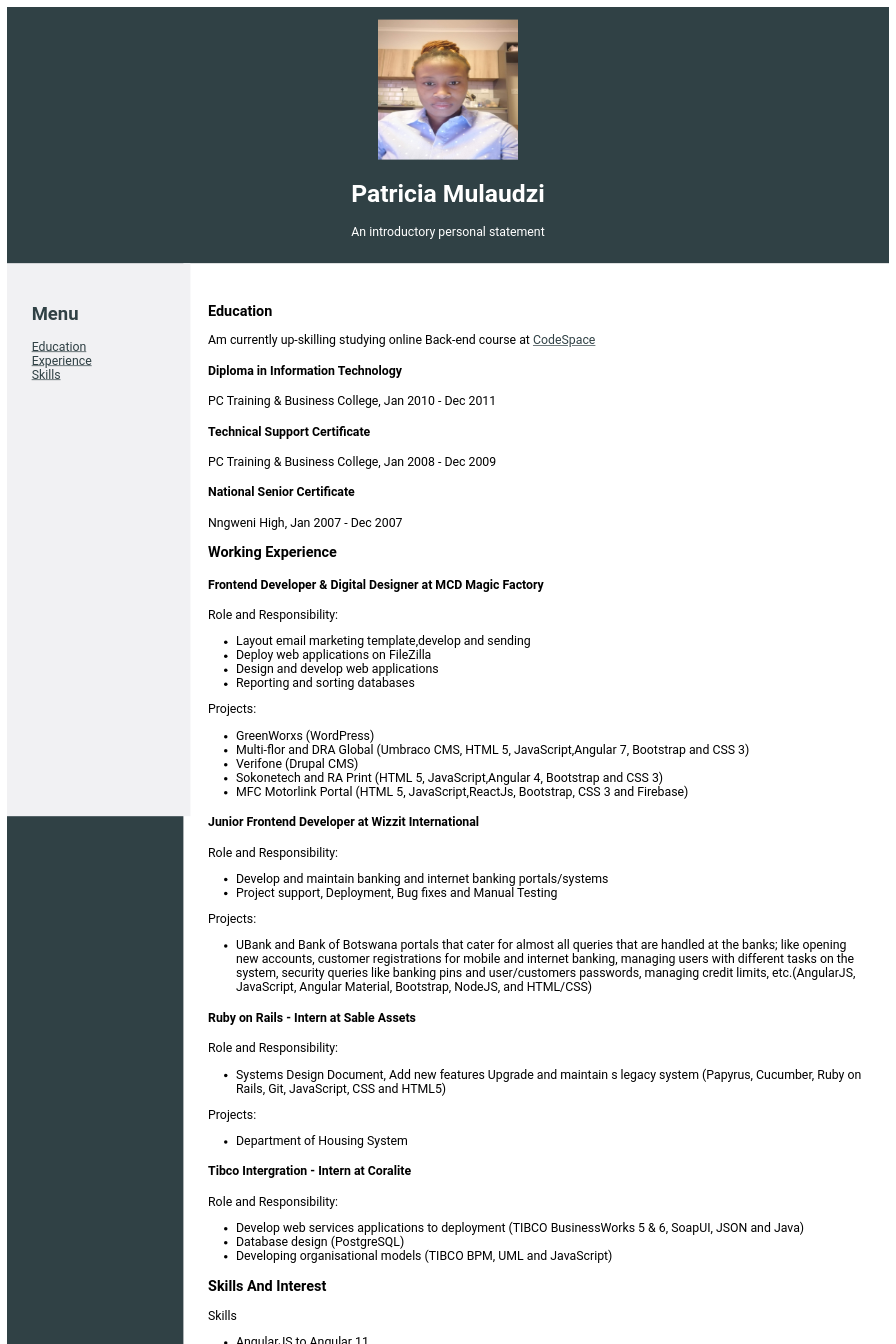
Repository: Patricious/Digital-Resume-01
Page: index.html
These files come from the project's save history. The page is drawn as it stood at one moment and after the next save; the edit follows.
The browser window is 1280 px wide. The pictures show the part of the page from y = 0 to 1920 px (the page is 2499 px tall before and 2579 px after), at 70% of full size.
A picture or video elsewhere on the page could not be fetched, so the positions and the page height are approximate.

Above is the page before, as saved 2021-08-23 10:48:36.

### index.html
<!DOCTYPE html>
<html>

<head>
    <title>Patricia Digital Resume</title>
    <link rel="stylesheet" type="text/css" href="css/stylesheet.css">
</head>

<body>

    <header>
        <img src="img/IMG_20200502_085519.jpg" alt="profile" width="200" height="200" />
        <h1>Patricia Mulaudzi</h1>
        <p>An introductory personal statement</p>
    </header>
    <aside>
        <h2>Menu</h2>
        <ul class="nav">
            <li>
                <a href="#education">Education</a>
            </li>
            <li>
                <a href="#experience">Experience</a>
            </li>
            <li>
                <a href="#skills">Skills</a>
            </li>

        </ul>
    </aside>
    <section>
        <article>
            <h3 id="#education"> <span>Education</span>
            </h3>
            <p> Am currently up-skilling studying online Back-end course at
                <a href="https://www.codespace.co.za/courses/?matchtype=b&device=c&keyword=codespace&adgroupid=81088003381&utm_campaign=8148639553&utm_source=google&utm_medium=cpc&gclid=EAIaIQobChMIkP_7q8bG8gIV1uvtCh0w7A1-EAAYASAAEgL34vD_BwE"> CodeSpace</a>
            </p>

            <h4>Diploma in Information Technology </h4>

            <p>PC Training & Business College, Jan 2010 - Dec 2011</p>
            <h4>Technical Support Certificate </h4>


            <p>PC Training & Business College, Jan 2008 - Dec 2009</p>

            <h4>National Senior Certificate</h4>


            <p>Nngweni High, Jan 2007 - Dec 2007</p>


            <h3 id="#experience"> Working Experience</h3>
            <h4>Frontend Developer & Digital Designer at MCD Magic Factory
            </h4>
            <p>Role and Responsibility:</p>
            <ul>
                <li>Layout email marketing template,develop and sending</li>
                <li> Deploy web applications on FileZilla</li>
                <li>Design and develop web applications</li>
                <li>Reporting and sorting databases</li>
            </ul>
            <p>Projects:</p>
            <ul>
                <li>GreenWorxs (WordPress)</li>
                <li>Multi-flor and DRA Global (Umbraco CMS, HTML 5, JavaScript,Angular 7, Bootstrap and CSS 3)</li>
                <li>Verifone (Drupal CMS)</li>
                <li>Sokonetech and RA Print (HTML 5, JavaScript,Angular 4, Bootstrap and CSS 3)</li>
                <li>MFC Motorlink Portal (HTML 5, JavaScript,ReactJs, Bootstrap, CSS 3 and Firebase)</li>
            </ul>

            <h4>Junior Frontend Developer at Wizzit International
            </h4>
            <p>Role and Responsibility:</p>
            <ul>
                <li>Develop and maintain banking and internet banking portals/systems</li>
                <li>Project support, Deployment, Bug fixes and Manual Testing</li>

            </ul>
            <p>Projects:</p>
            <ul>
                <li>UBank and Bank of Botswana portals that cater for almost all queries that are handled at the banks; like opening new accounts, customer registrations for mobile and internet banking, managing users with different tasks on the system, security
                    queries like banking pins and user/customers passwords, managing credit limits, etc.(AngularJS, JavaScript, Angular Material, Bootstrap, NodeJS, and HTML/CSS)</li>
            </ul>

            <h4>Ruby on Rails - Intern at Sable Assets
            </h4>
            <p>Role and Responsibility:</p>
            <ul>
                <li>Systems Design Document, Add new features Upgrade and maintain s legacy system (Papyrus, Cucumber, Ruby on Rails, Git, JavaScript, CSS and HTML5)</li>

            </ul>
            <p>Projects:</p>
            <ul>
                <li>Department of Housing System</li>
            </ul>

            <h4>Tibco Intergration - Intern at Coralite
            </h4>
            <p>Role and Responsibility:</p>
            <ul>
                <li>Develop web services applications to deployment (TIBCO BusinessWorks 5 & 6, SoapUI, JSON and Java)
                </li>
                <li>Database design (PostgreSQL)</li>
                <li>Developing organisational models (TIBCO BPM, UML and JavaScript)</li>
            </ul>


            <h3 id="#skills">Skills And Interest</h3>
            <p>Skills</p>
            <ul>
                <li>AngularJS to Angular 11</li>
                <li>Html5, Css3 and Bootstrap</li>
                <li>ReactJs, JavaScript, TypeScript, NodeJS and Firebase</li>
                <li>Adobe Photoshop, Dreamweaver, XD and InDesign</li>
            </ul>
            <p>Interest </p>
            <ul>
                <li>Travelling and outdoor activities</li>
            </ul>
        </article>
    </section>
    <footer>
        <h2>Contact Details</h2>
        <a href="https://www.linkedin.com/in/patricia-mulaudzi-93b526101/"><img src="In.jpeg" alt="LinkedIN"></a>
        <a href=""><img src="fb.png" alt="Facebook"></a>
        <a href="mailto:mulaudzi689@gmail.com"><img src="Gm.png" alt="Gmail"></a>
    </footer>
</body>

</html>

### css/stylesheet.css
body {
    font-family: 'Roboto', sans-serif;
    font-size: 110%;
    background-color: #ffffff;
    margin: 10px;
}

header {
    text-align: center;
    background-color: #304145;
    color: #ffffff;
    padding: 1em;
}

aside {
    background-color: #F1F1F3;
    color: #304145;
    width: 15%;
    padding: 2em;
    height: 100%;
    float: left;
    position: absolute;
    flex: 0 0 auto;
}

.nav {
    list-style-type: none;
    margin: 0;
    padding: 0;
}

a {
    color: #304145;
}

section {
    float: right;
    margin-left: 20%;
    background-color: #ffffff;
    flex: 1 1 auto;
    padding: 2em;
}

footer {
    background-color: #304145;
    text-align: center;
    color: #ffffff;
    padding: 1em;
}

After the next save:
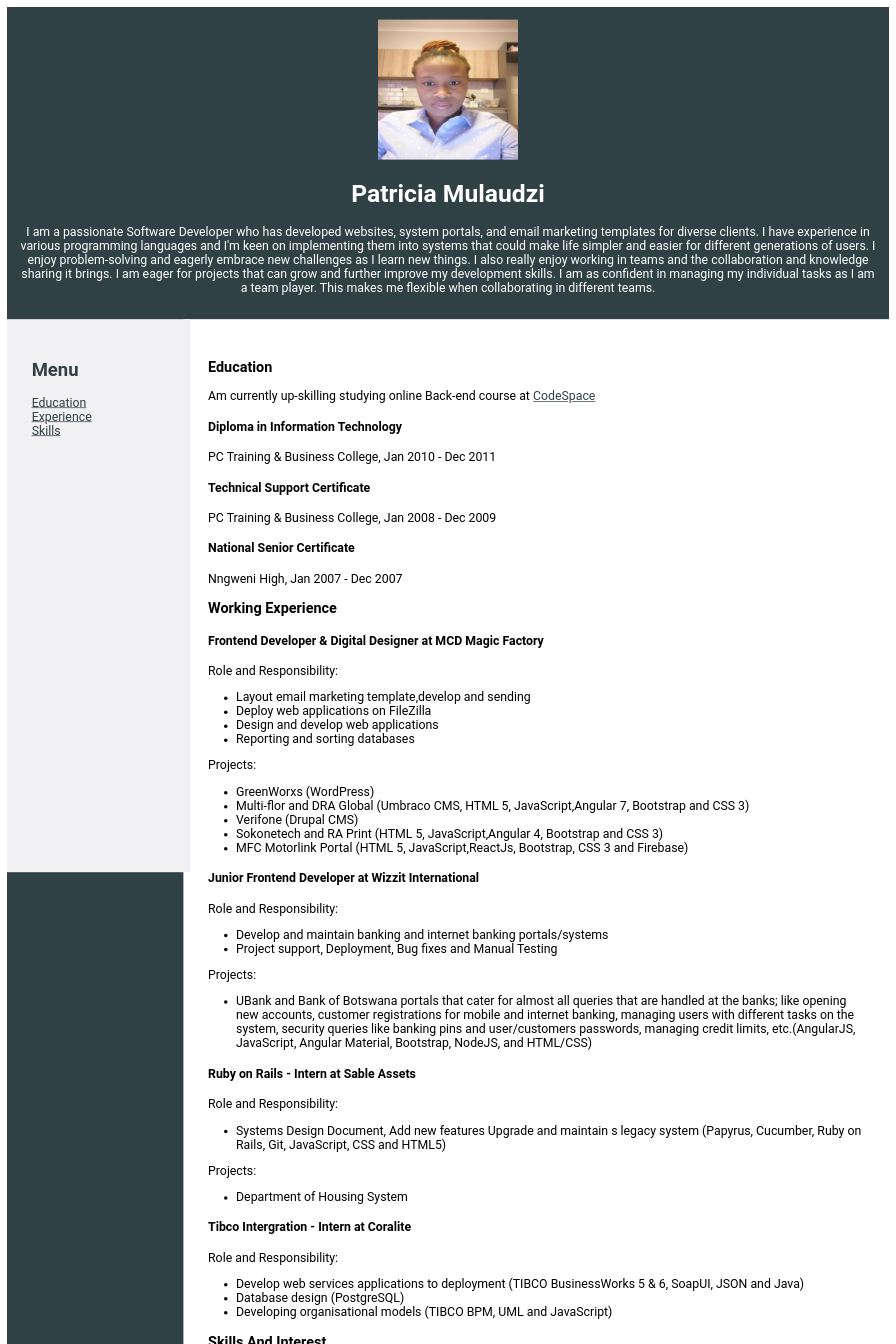
Saved 32 s later.
--- a/index.html
+++ b/index.html
@@ -11,7 +11,9 @@
     <header>
         <img src="img/IMG_20200502_085519.jpg" alt="profile" width="200" height="200" />
         <h1>Patricia Mulaudzi</h1>
-        <p>An introductory personal statement</p>
+        <p>I am a passionate Software Developer who has developed websites, system portals, and email marketing templates for diverse clients. I have experience in various programming languages and I'm keen on implementing them into systems that could make
+            life simpler and easier for different generations of users. I enjoy problem-solving and eagerly embrace new challenges as I learn new things. I also really enjoy working in teams and the collaboration and knowledge sharing it brings. I am
+            eager for projects that can grow and further improve my development skills. I am as confident in managing my individual tasks as I am a team player. This makes me flexible when collaborating in different teams.</p>
     </header>
     <aside>
         <h2>Menu</h2>
